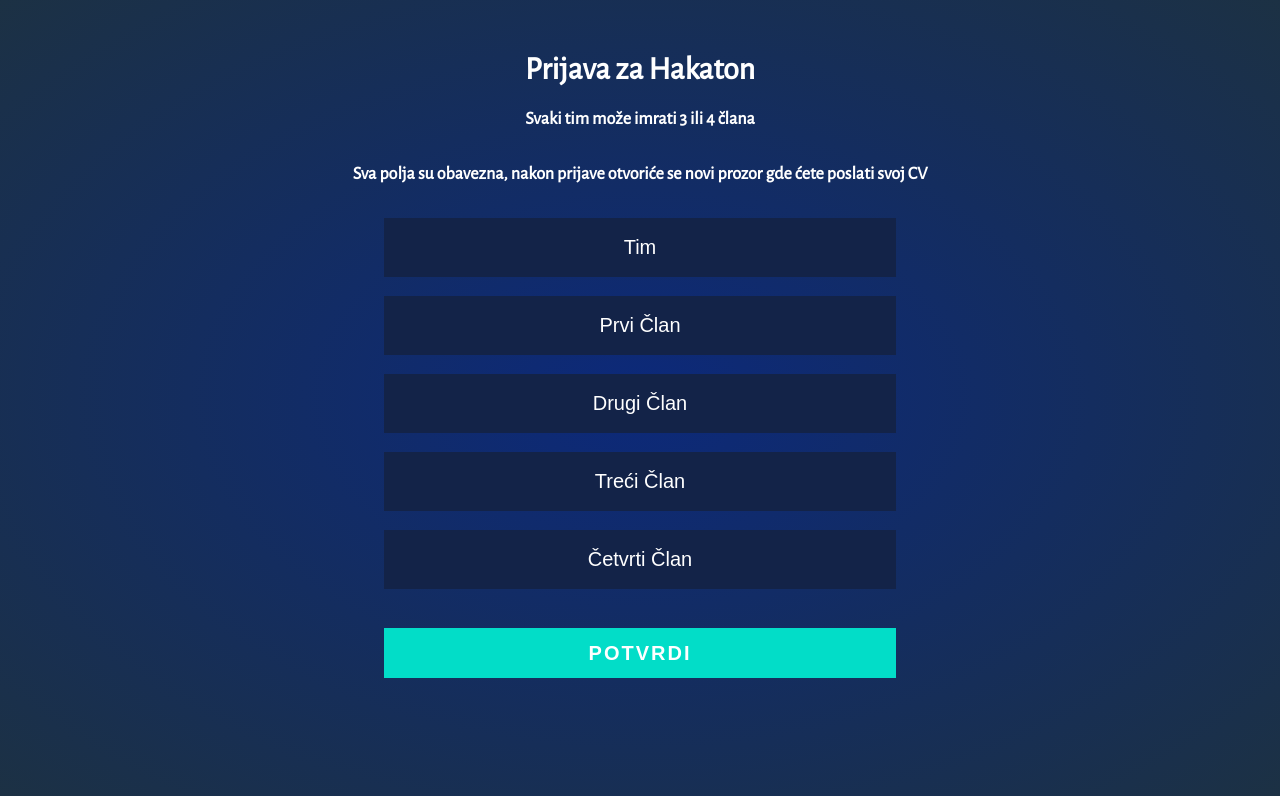
Repository: MilenaPetrovic/fonhakaton2019
Page: prijava/PrijaveHakaton.html
The author's editor kept a copy of each file at every save. The page is drawn from the files as they stood at one save, then again after the next save.
The browser window is 1280 px wide. The pictures show the whole page.
Some web libraries are served in a nearby version.

Above is the page before, as saved 2019-02-19 15:11:01.

After the next save:
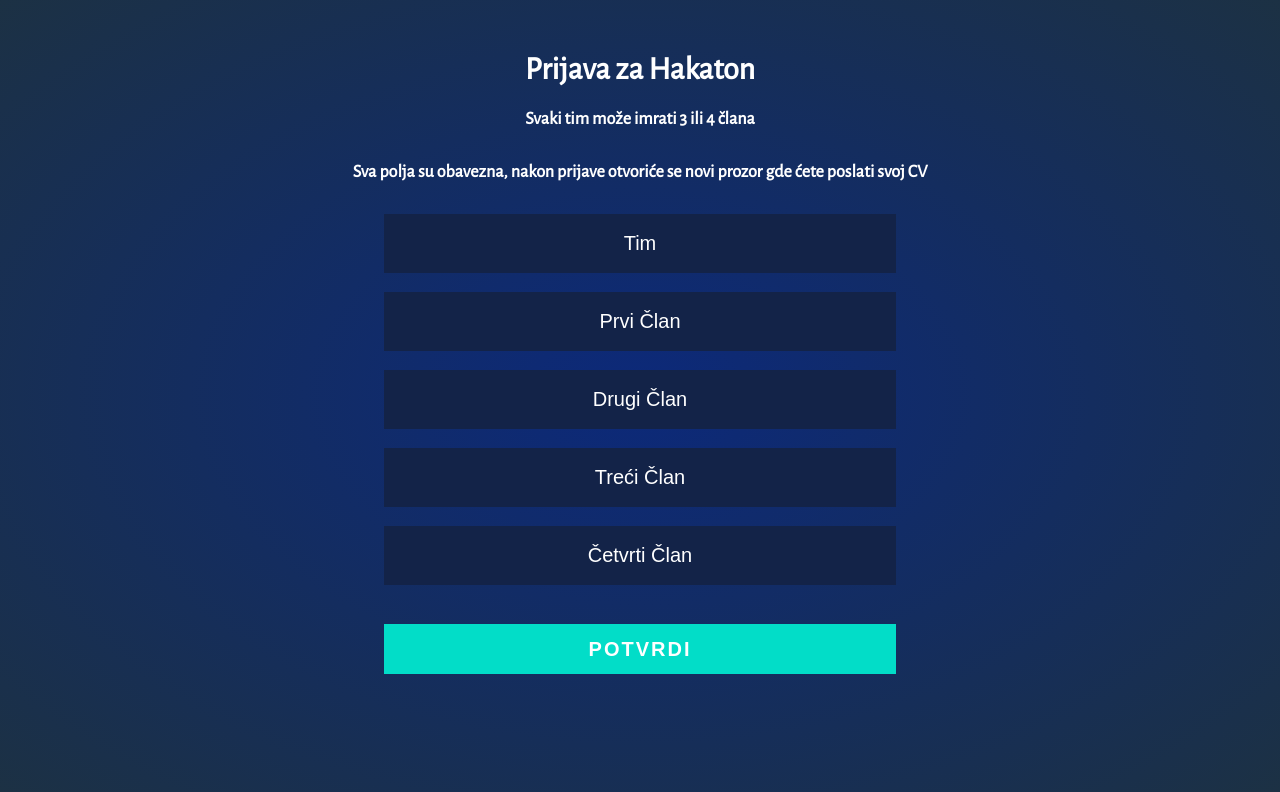
Saved 11 s later.
--- a/prijava/Prijave.css
+++ b/prijava/Prijave.css
@@ -78,7 +78,7 @@ h3 {
     margin-bottom: 50px;
     margin-left: 20px;
     margin-right: 20px;
-    height: 5px;
+    height: 3px;
 }
 
 ::placeholder {
